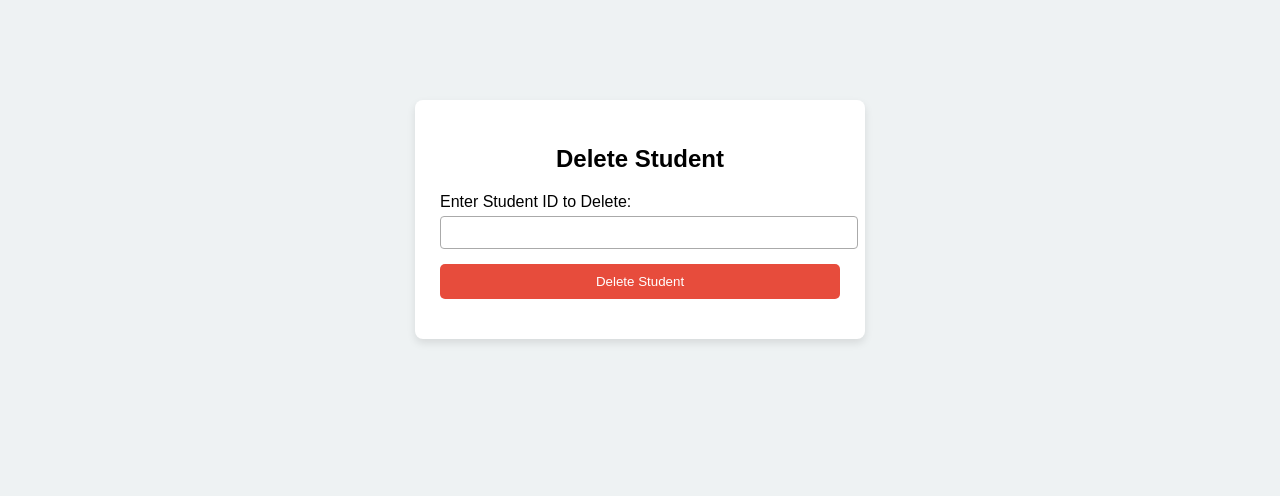
Repository: Adhyashetty-bit/Hostel-Management-System
Page: http://localhost/HostelWebApp/studentdelete.jsp
The author's editor kept a copy of each file at every save. The page is drawn from the files as they stood at one save, then again after the next save.
The browser window is 1280 px wide. The pictures show the whole page.
The page is served by Tomcat 9.

Above is the page before, as saved 2025-05-28 06:20:41.

After the next save:
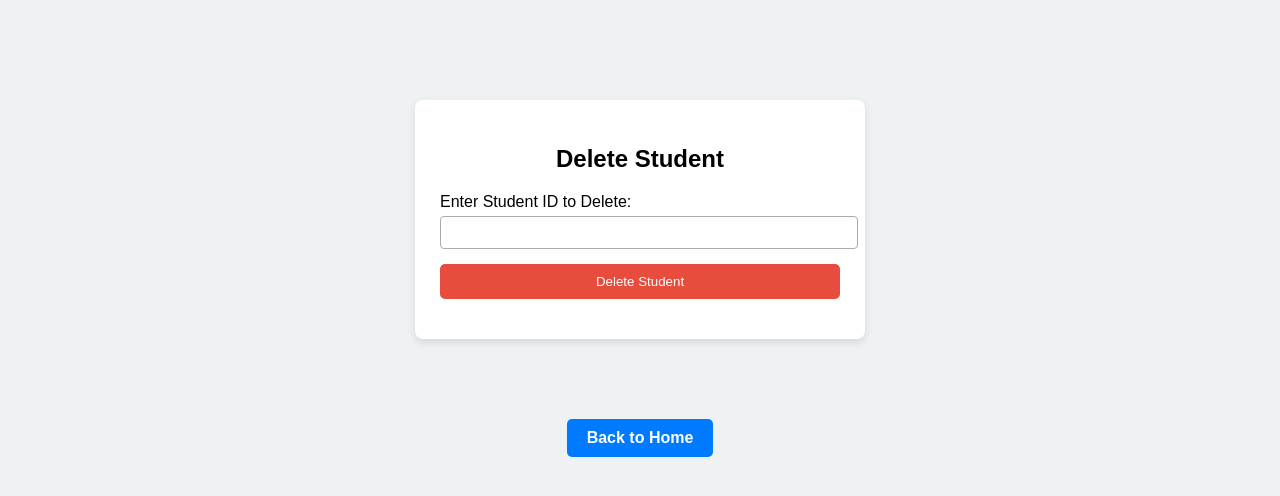
Saved 57 s later.
--- a/HostelWebApp/src/main/webapp/studentdelete.jsp
+++ b/HostelWebApp/src/main/webapp/studentdelete.jsp
@@ -78,6 +78,12 @@
             }
         %>
     </div>
+
+
 </div>
+<div style="display: flex; justify-content: center; align-items: center; ">
+  <a href="index.jsp" style="display:inline-block; padding:10px 20px; background-color:#007bff; color:white; text-decoration:none; border-radius:5px; font-size:16px; font-weight:bold;">Back to Home</a>
+</div>
+
 </body>
 </html>
